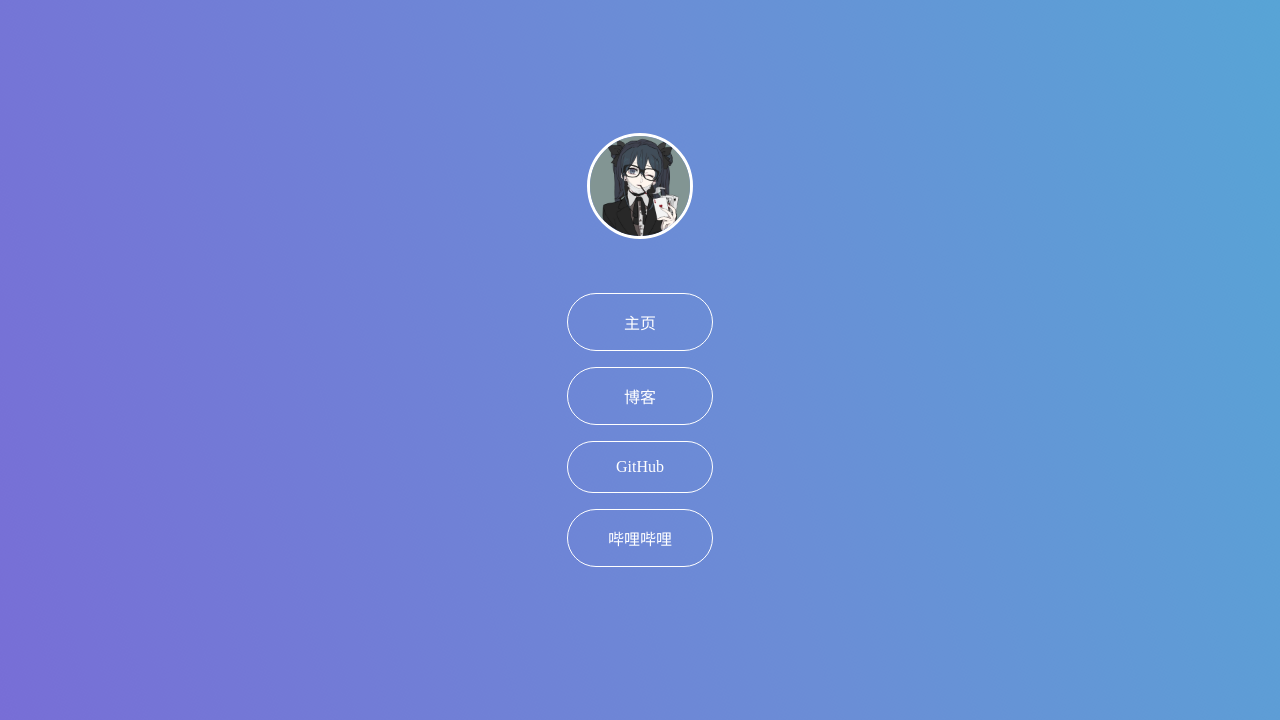
Repository: MarginLon/marginlon.github.io
Page: index.html
The author's editor kept a copy of each file at every save. The page is drawn from the files as they stood at one save, then again after the next save.
The browser window is 1280 px wide. The pictures show the whole page.

Above is the page before, as saved 2022-09-24 09:50:31.

After the next save:
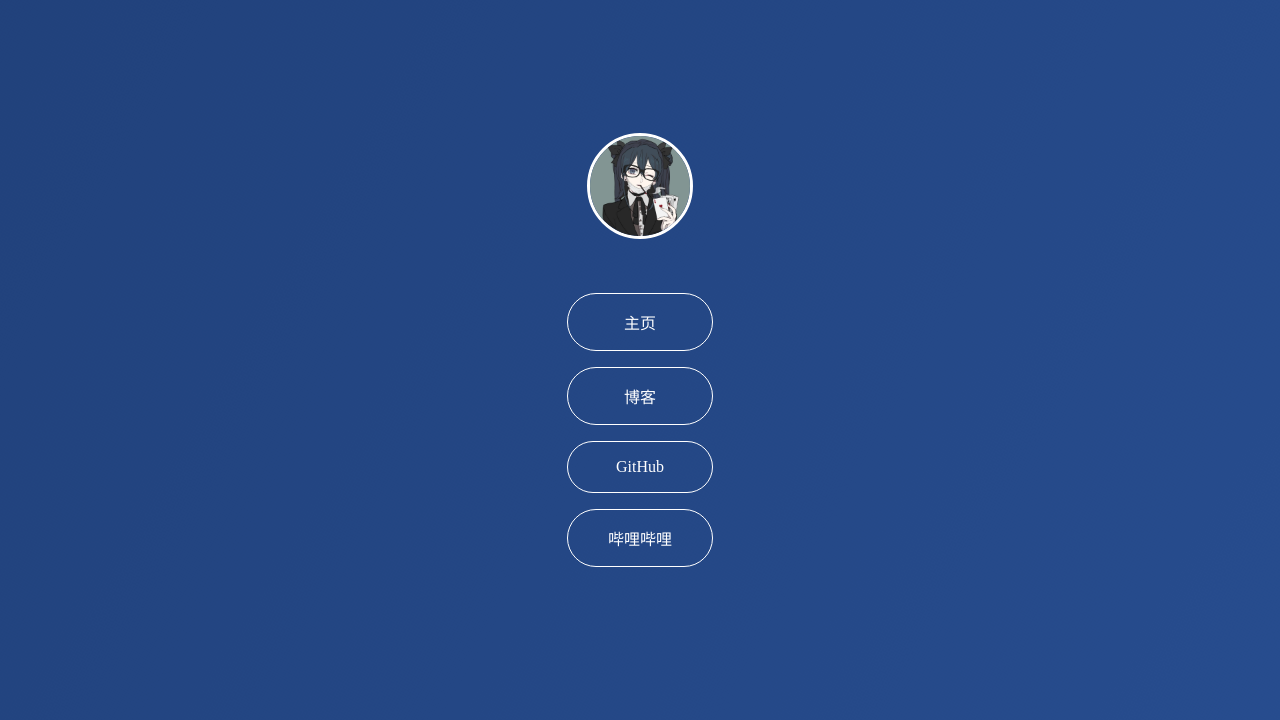
Saved 11 s later.
--- a/index.html
+++ b/index.html
@@ -53,7 +53,7 @@
             /* background: linear-gradient(45deg, #30cfd0 0%, #330867 100%); */
             /* background-image: linear-gradient(-20deg, #b721ff 0%, #21d4fd 100%); */
             background-image: linear-gradient(to top, #1e3c72 0%, #1e3c72 1%, #2a5298 100%);
-            background-image: linear-gradient(-225deg, #2CD8D5 0%, #6B8DD6 48%, #8E37D7 100%);
+            /* background-image: linear-gradient(-225deg, #2CD8D5 0%, #6B8DD6 48%, #8E37D7 100%); */
             /* background-image: linear-gradient(to top, #0250c5 0%, #d43f8d 100%); */
             /* background-image: linear-gradient(-20deg, #2b5876 0%, #4e4376 100%); */
 
